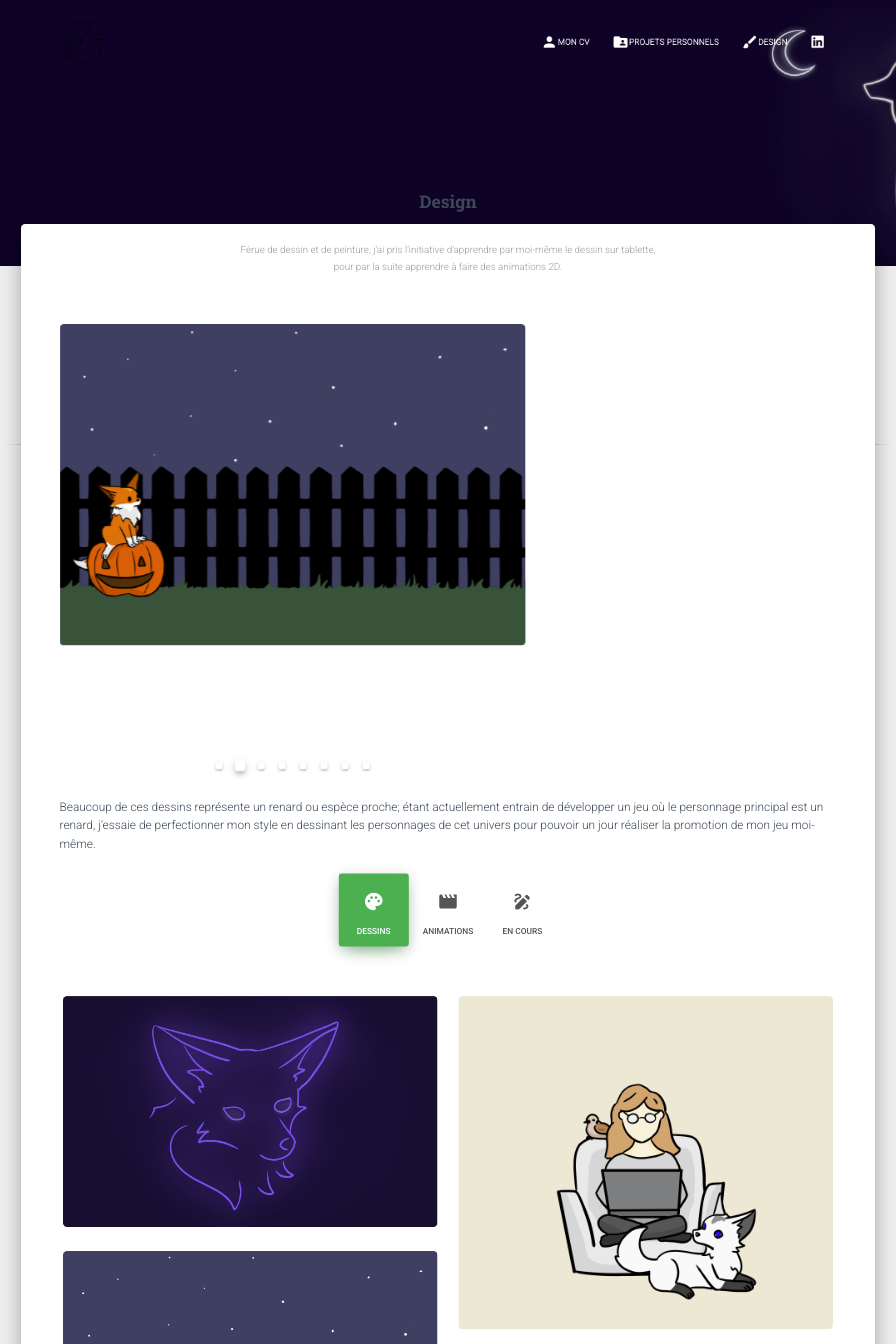
Repository: sdeschaepmeester/NewPortfolio
Page: /#/design
The author's editor kept a copy of each file at every save. The page is drawn from the files as they stood at one save, then again after the next save.
The browser window is 1280 px wide. The pictures show the part of the page from y = 0 to 1920 px (the page is 3399 px tall before and 3233 px after), at 70% of full size.
Some web libraries are served in a nearby version. The project was rebuilt for these pictures with package versions that can differ from the ones it lists, and the page was loaded fresh each time. Also part of the build but not shown: vue.config.js, src/views/components/APropos.vue, src/views/components/NavigationSection.vue, src/views/components/SmallNavigationSection.vue, src/components/Dropdown.vue, src/components/Pagination.vue, src/components/Slider.vue, src/components/Badge.vue and 13 more.

Above is the page before, as saved 2022-07-08 16:03:03.

After the next save:
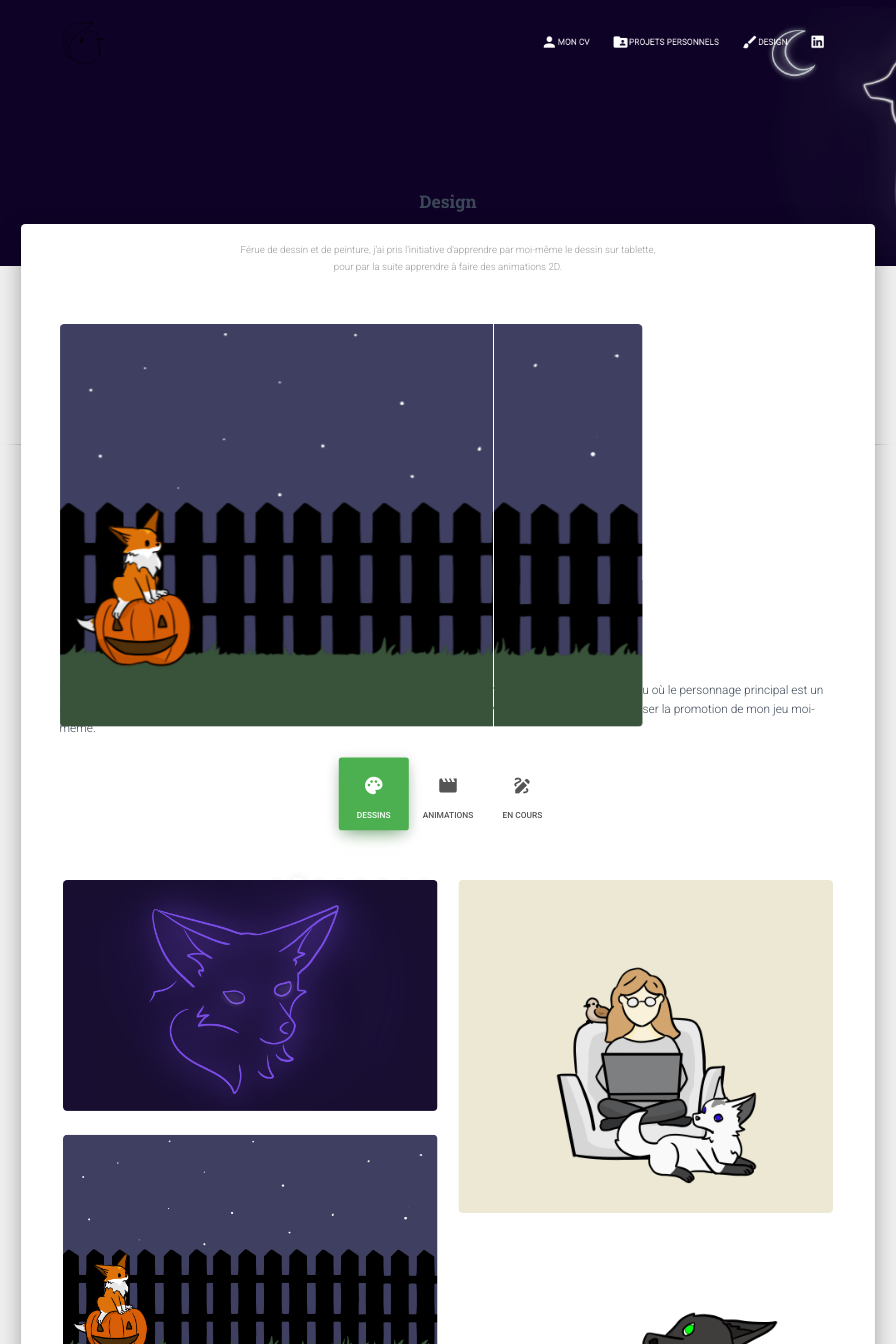
Saved 34 s later.
--- a/src/views/Design.vue
+++ b/src/views/Design.vue
@@ -24,7 +24,7 @@
             </p>
           </div>
           <div class="profile-tabs">
-            <div style="width: 60%; height: 75%; align: center">
+            <div style="width: 75%; maxHeight: 500px; align: center">
             <carousel
               :per-page="1"
               loop
